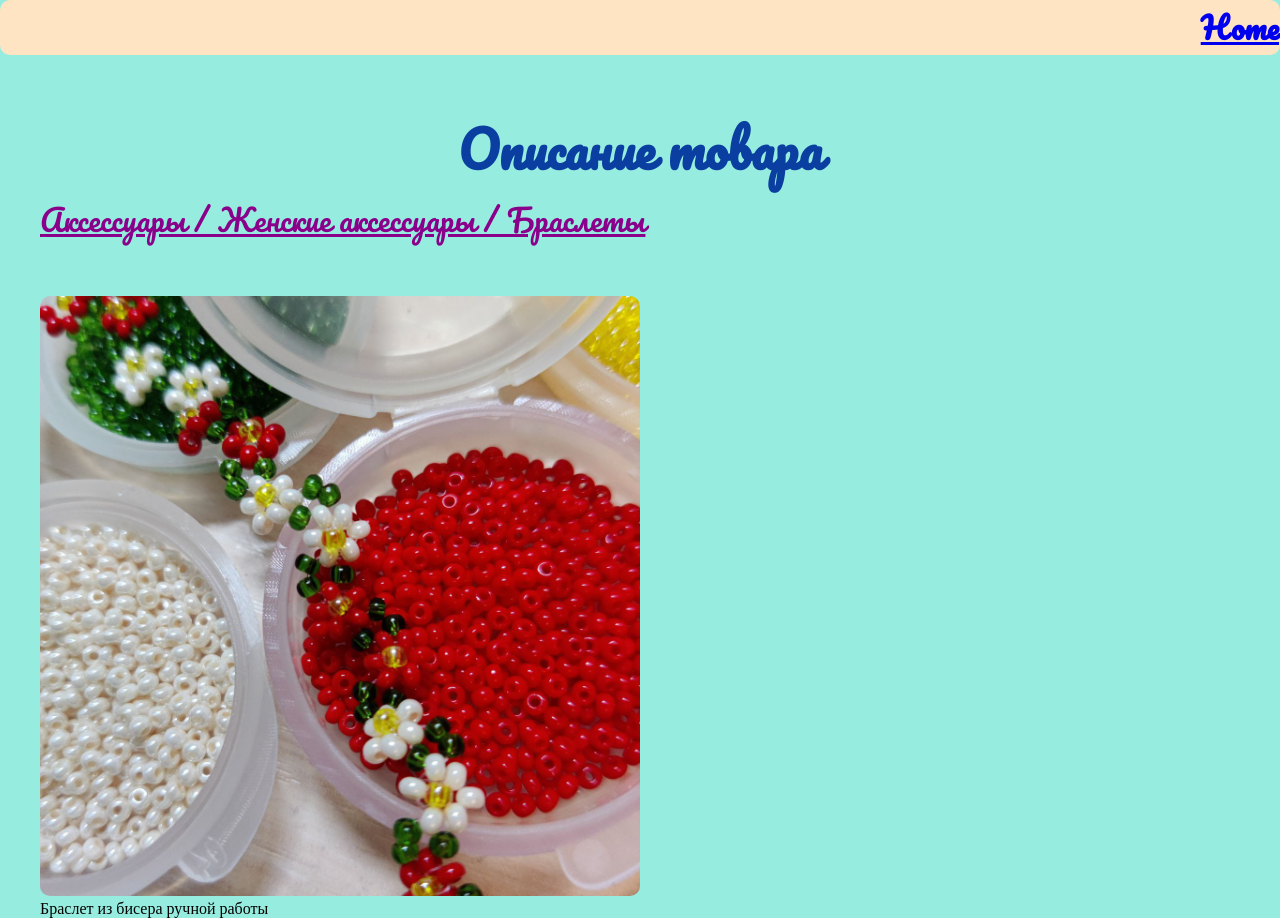
Repository: annamsklv/web
Page: seminar2_26.01/product page.html
These files come from the project's save history. The page is drawn as it stood at one moment and after a run of saves; the edit follows.
The browser window is 1280 px wide. The pictures show the whole page.

Above is the page before, as saved 2023-02-01 20:40:28.

### seminar2_26.01/product page.html
<!DOCTYPE html>
<html lang="en">
<head>
    <meta charset="UTF-8">
    <meta http-equiv="X-UA-Compatible" content="IE-edge">
    <meta name="viewport" content="width=device-width, initial-scale=1.0">
    <div class="home">
        <a class="link" href="index.html">Home</a>
    </div>
    <title>Продукт</title>
    <link rel="preconnect" href="https://fonts.googleapis.com">
<link rel="preconnect" href="https://fonts.gstatic.com" crossorigin>
<link href="https://fonts.googleapis.com/css2?family=Pacifico&display=swap" rel="stylesheet">
    <link rel="stylesheet" href="product style.css">

</head>


<body>

    <div class="header">
    <div class="container"></div>
    <h1 class="title">Описание товара</h1>
    </div>
    </div>

    <div class="content">
        <div class="container">
            <div class="categories">
                <a class="category-link" href="#">Аксессуары / Женские аксессуары / Браслеты</a>
            </div>
        </div>
    </div>
    <div class="item-box">
        <div class="container">
        <img class="item-pic" src="img/1.jpg" alt="product">
        <p class="description">Браслет из бисера ручной работы</p>
        </div>

    </div>

<div class="footer">


</div>

</body>
</html>

### seminar2_26.01/product style.css
* {
    margin: 0;
    padding: 0;
}

body{
    background-color: rgb(150, 236, 222);
}
.container{
    width: 1200px;
    margin: 0 auto;
}

.title{
    text-align: center;
    margin-top: 50px;
    font-family: 'Pacifico';
    color: rgb(10, 63, 161);
    font-size: 50px;
}

.home{
    font-family: 'Pacifico', cursive;
    color: rgb(10, 63, 161);
    font-size: 30px;
    font-weight: bold;
    background-color: bisque;
    border-radius: 10px;
    display: block;
    border: 1px solid transparent;
    text-align: right;
}

.home:hover{
    border: 1 px solid darkmagenta;
    color: darkmagenta;
    background-color: white;

}

.category-link{
    color:darkmagenta;
    font-family: 'Pacifico', cursive;
    font-size: 30px;
    text-align: left;
}
.item-box{
    margin-top: 50px;
    display: flex;
    flex-wrap: wrap;
    justify-content:space-between;
}
.item-pic{
    width: 50%;
    border-radius: 10px;
}

.description{


}

After the next 3 saves:
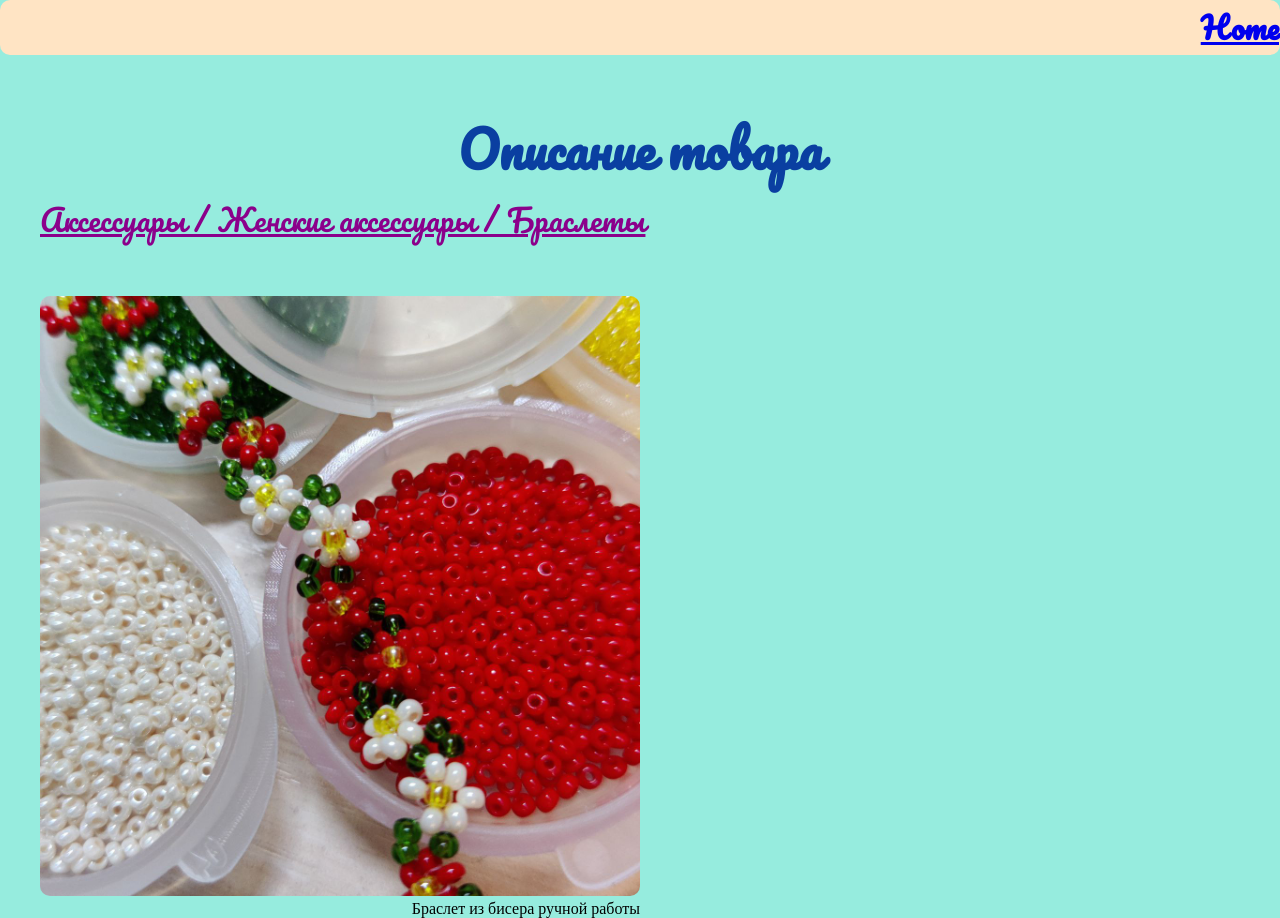
The 3 saves are shown as one change because they came seconds apart.
The last was saved 13 s later.
--- a/seminar2_26.01/product style.css
+++ b/seminar2_26.01/product style.css
@@ -56,6 +56,8 @@
 }
 
 .description{
+    width: 50%;
+    text-align: right;
 
 
 }

After the save that followed:
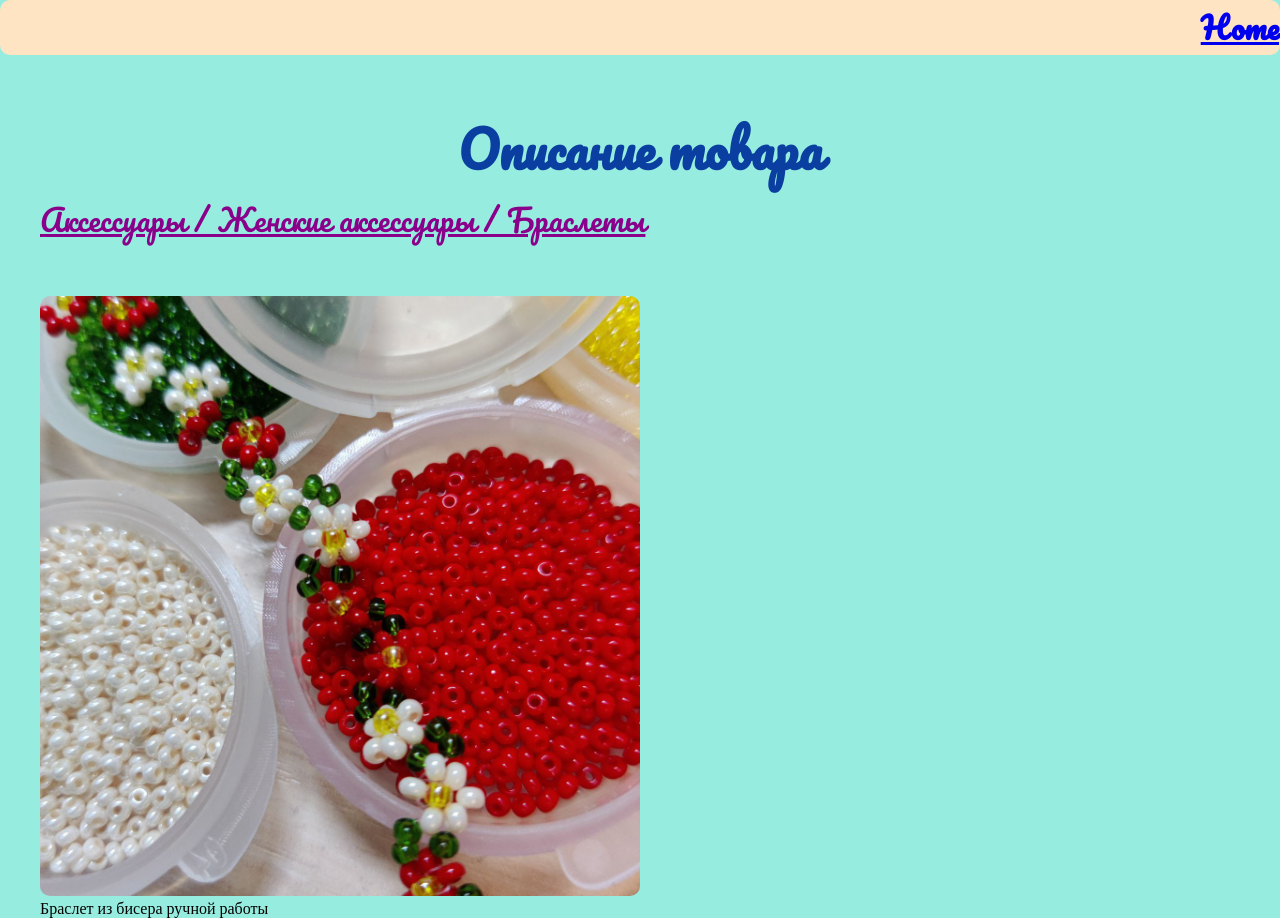
Saved 45 s later.
--- a/seminar2_26.01/product style.css
+++ b/seminar2_26.01/product style.css
@@ -57,7 +57,7 @@
 
 .description{
     width: 50%;
-    text-align: right;
+
 
 
 }
